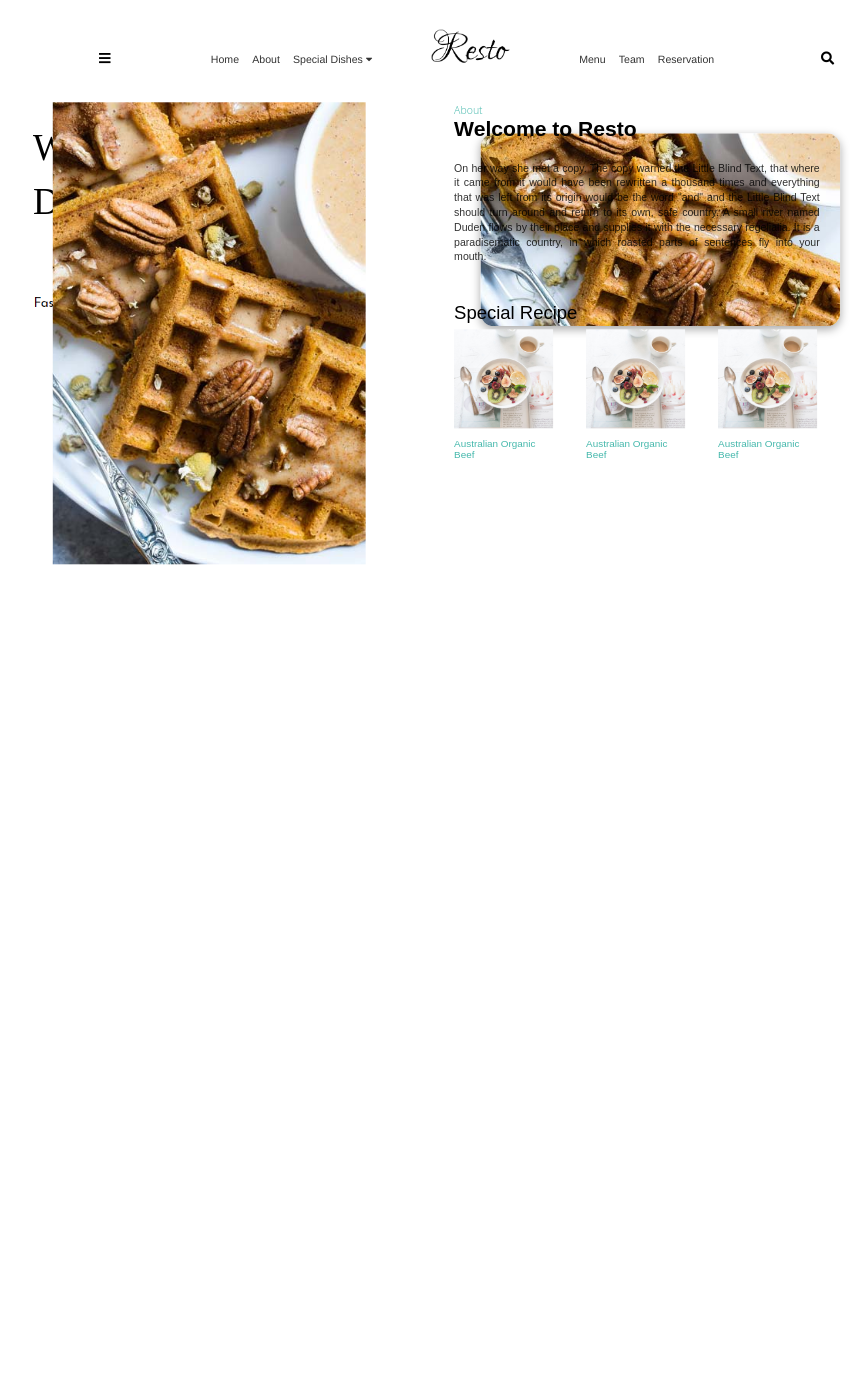
Repository: nguyenanhtuanHDU/myrestaurant
Page: index.html
These files come from the project's save history. The page is drawn as it stood at one moment and after the next save; the edit follows.
The browser window is 1280 px wide. The page is 1288 px wide, so the pictures cover 1288 px, including what lies to the right of the window. The pictures show the whole page, at 66% of full size.

Above is the page before, as saved 2022-02-01 02:14:53.

After the next save:
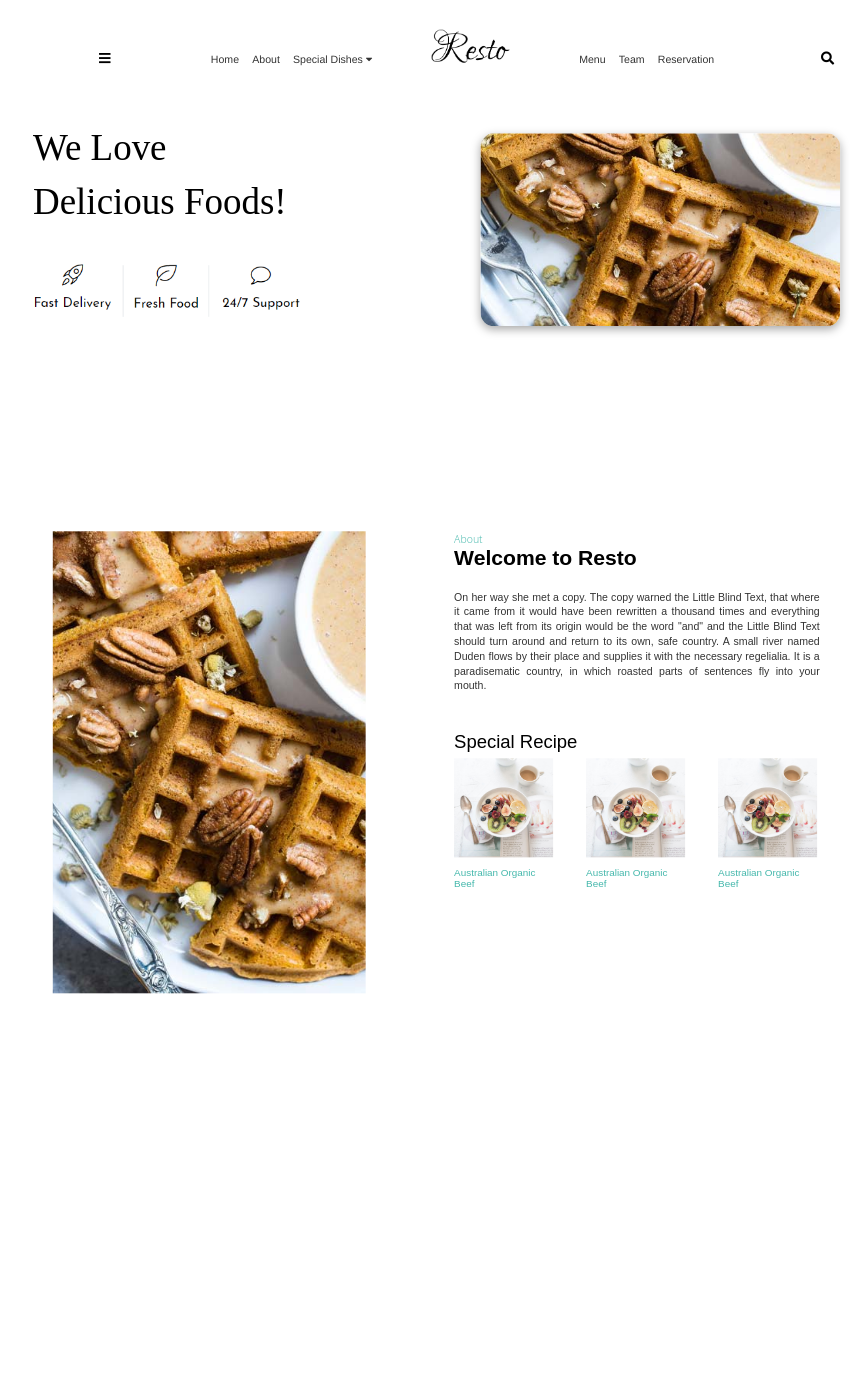
Saved 7 s later.
--- a/assets/style.css
+++ b/assets/style.css
@@ -195,7 +195,7 @@
 }
 .about{
     position: absolute;
-    margin-top: 50px;
+    top: 700px;
 }
 .img_about{
     width: 474px;
